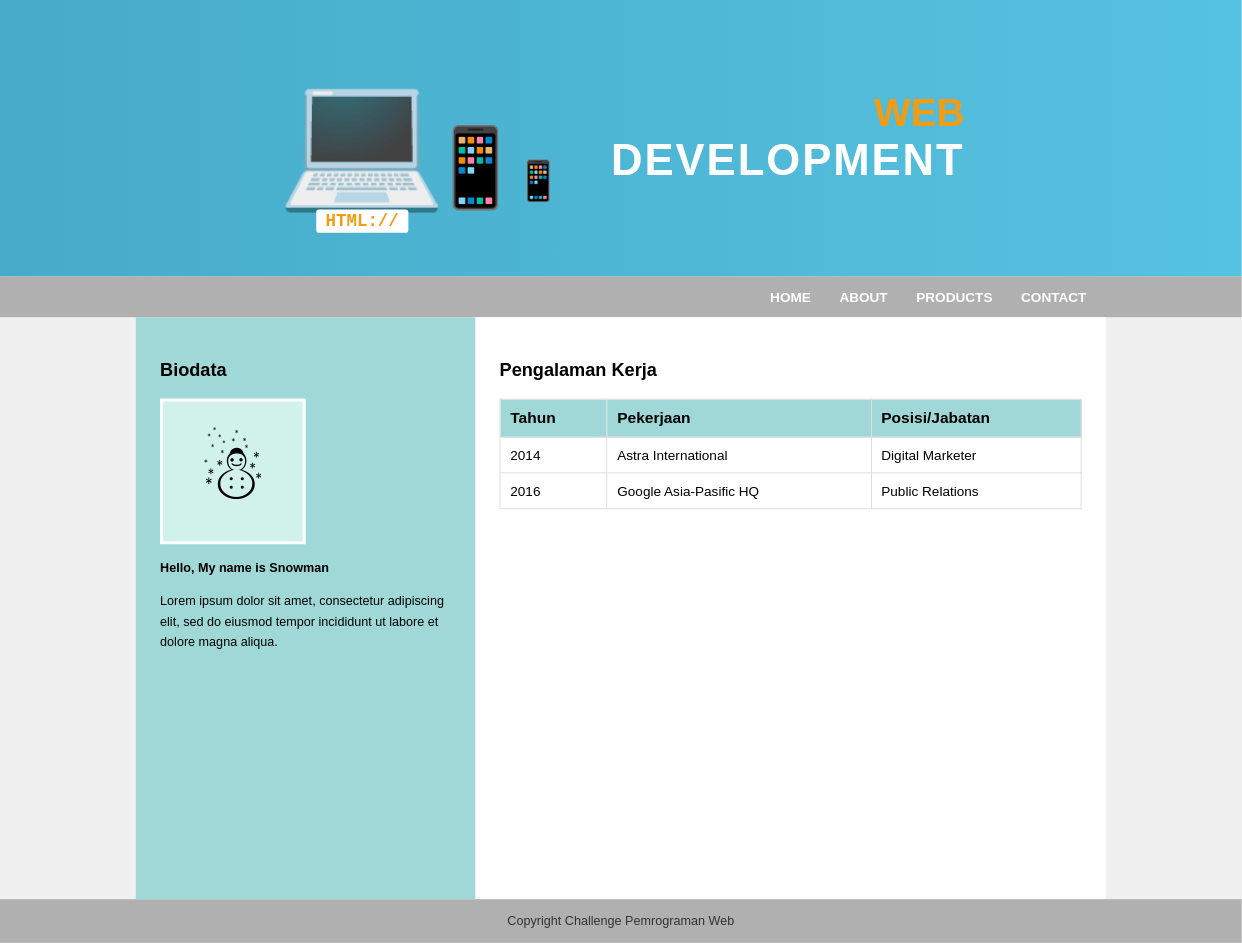
Repository: Nanda-IT/CSS-layout-Flexbox
Page: pratikum5.html
The author's editor kept a copy of each file at every save. The page is drawn from the files as they stood at one save, then again after the next save.
The browser window is 1280 px wide. The pictures show the whole page, at 97% of full size.

Above is the page before, as saved 2026-04-27 12:17:59.

After the next save:
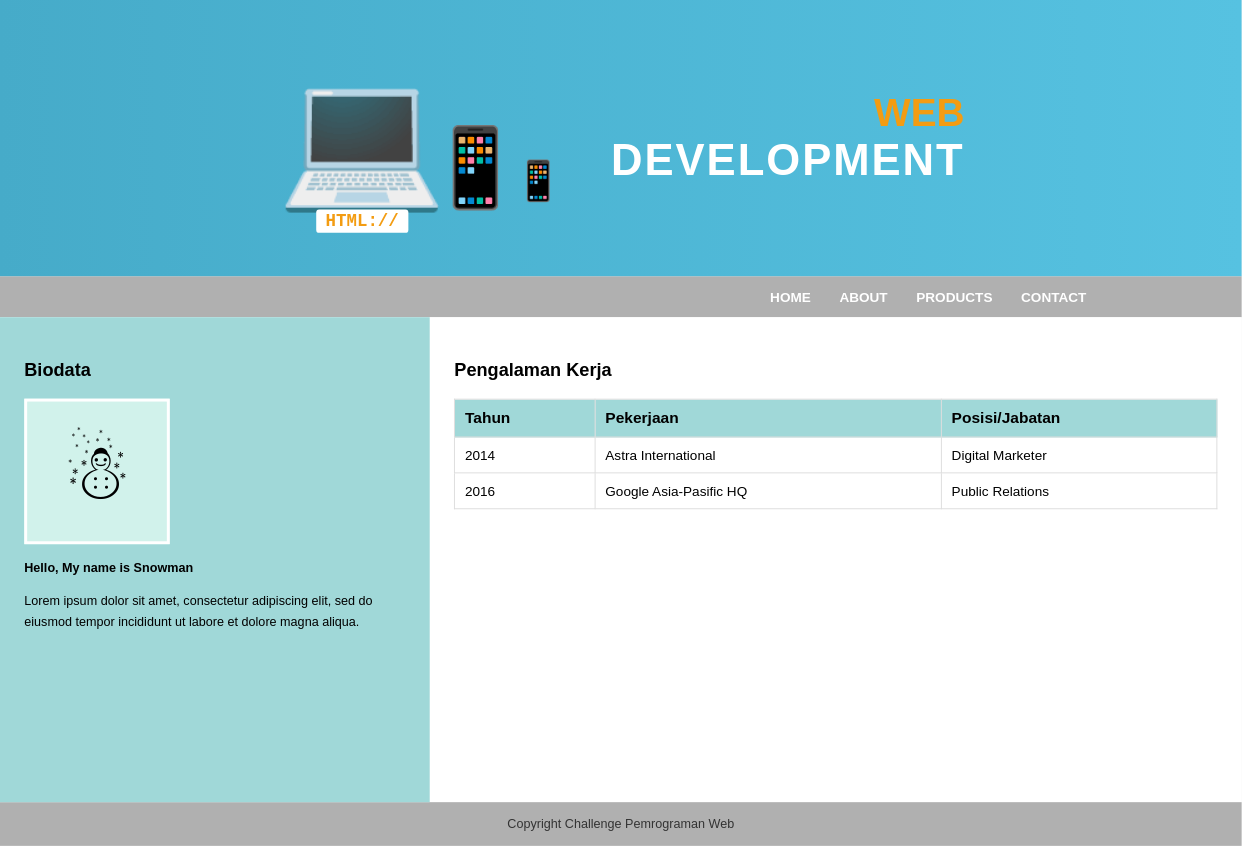
Saved 24 s later.
--- a/style.css
+++ b/style.css
@@ -88,9 +88,9 @@
 /* Layout Konten */
 .container {
     display: flex;
-    max-width: 1000px;
+    max-width: 100%;
     margin: 0 auto;
-    min-height: 600px;
+    min-height: 500px;
     background-color: white;
 }
 
